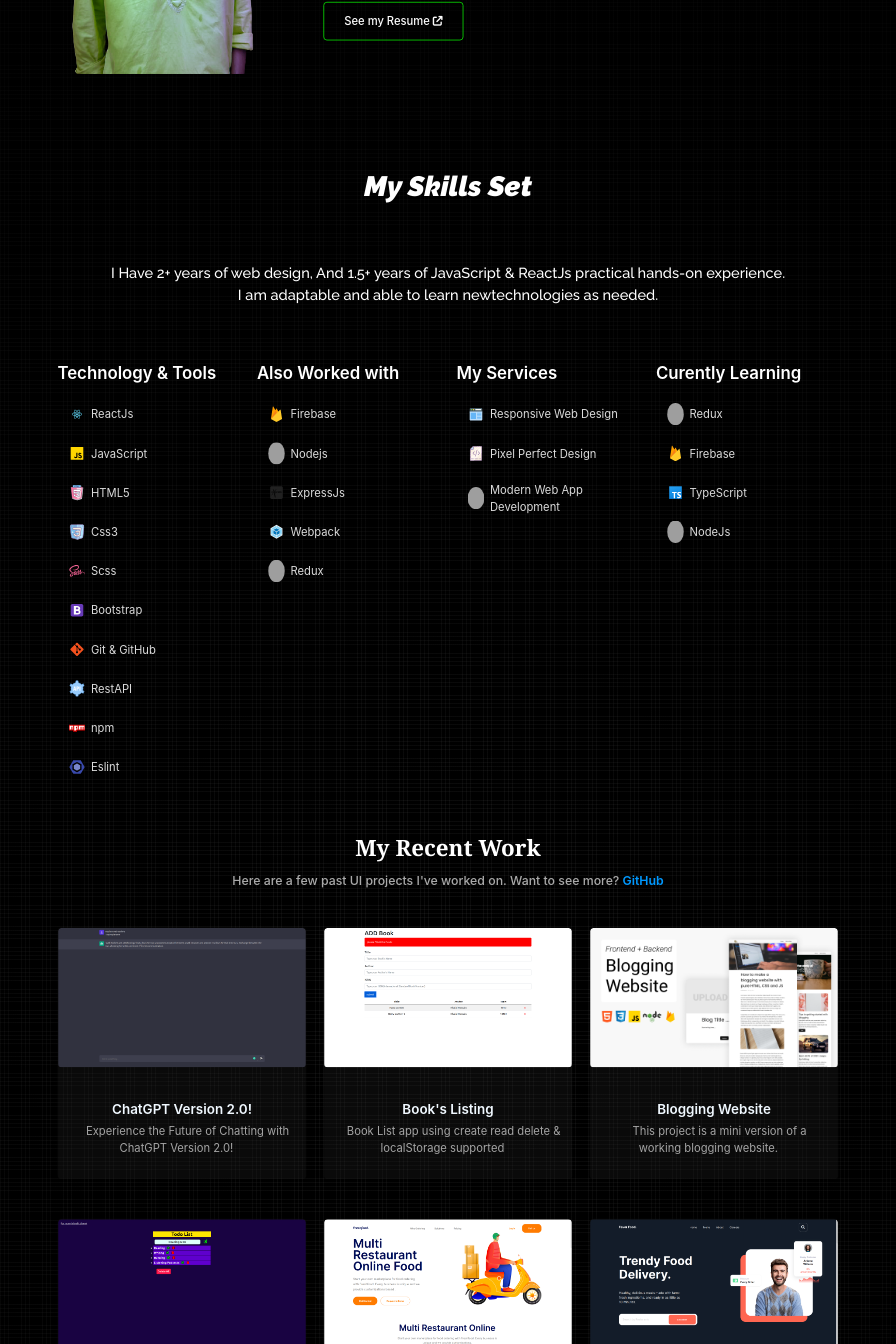
Repository: badhon252/my-portfolio
Page: /
The author's editor kept a copy of each file at every save. The page is drawn from the files as they stood at one save, then again after the next save.
The browser window is 1280 px wide. The pictures show the part of the page from y = 494 to 2414 px (the page is 3726 px tall before and 3736 px after), at 70% of full size.
Pictures or frames that could not be fetched are drawn as grey boxes. Some web fonts or font styles are not loaded; a fallback is used. The project was rebuilt for these pictures with package versions that can differ from the ones it lists, and the page was loaded fresh each time.

Above is the page before, as saved 2023-02-14 17:42:42.

### public/index.html
<!DOCTYPE html>
<html lang="en">

<head>
    <meta charset="utf-8" />
    <meta name="viewport" content="width=device-width, initial-scale=1.0" />
    <meta name="theme-color" content="#000000" />
    <link rel=" stylesheet " href=" https://cdnjs.cloudflare.com/ajax/libs/font-awesome/6.2.1/css/all.min.css ">
    <!-- For google search engines  -->
    <meta name="google-site-verification" content="pFRaVUB3Vqtpp7CYJiHCBl35aQ6s2zmKJ89Zh2XF5rQ" />
    <meta name="description"
        content="I'm Khalid Hossain Badhon, I'm a experienced Frontend Web Application developer with more than 2years of hands on experienced. Front-end engineers, Front-end development, reactjs developer, javascript developer" />
    <!--  Bootstap== -->
    <link rel=" stylesheet " href=" https://cdn.jsdelivr.net/npm/bootstrap@5.3.0-alpha1/dist/css/bootstrap.min.css ">


    <title>Khalid Hossain Badhon | Frontend Developer</title>
</head>

<body>
    <div id="root"></div>

    <script src=" https://cdn.jsdelivr.net/npm/bootstrap@5.3.0-alpha1/dist/js/bootstrap.bundle.min.js "></script>
    <!-- <script src=" https://platform.linkedin.com/badges/js/profile.js " async defer type=" text/javascript "></script> -->

</body>

</html>

### src/index.css
* {
    margin: 0;
    padding: 0;
    box-sizing: border-box;
}

html {
    --scrollbarBG: #2f2f2f;
    --thumbBG: #808080;
}

body {
    margin: 0;
    font-family: -apple-system, BlinkMacSystemFont, 'Segoe UI', 'Roboto', 'Oxygen', 'Ubuntu', 'Cantarell', 'Fira Sans', 'Droid Sans', 'Helvetica Neue', sans-serif;
    -webkit-font-smoothing: antialiased;
    -moz-osx-font-smoothing: grayscale;
    background-color: #000000;
    background-image: radial-gradient(circle at center center, transparent 0%, rgb(0, 0, 0) 99%), repeating-linear-gradient(0deg, rgba(163, 163, 163, 0.07) 0px, rgba(163, 163, 163, 0.07) 1px, transparent 1px, transparent 6px), repeating-linear-gradient(90deg, rgba(163, 163, 163, 0.07) 0px, rgba(163, 163, 163, 0.07) 1px, transparent 1px, transparent 6px), linear-gradient(90deg, rgb(0, 0, 0), rgb(0, 0, 0));
    color: #ffffff;
    scrollbar-width: thin;
    scrollbar-color: var(--thumbBG) var(--scrollbarBG);
}

body::-webkit-scrollbar {
    width: 12px;
}

body::-webkit-scrollbar-track {
    background: var(--scrollbarBG);
}

body::-webkit-scrollbar-thumb {
    background-color: var(--thumbBG);
    border-radius: 6px;
    border: 3px solid var(--scrollbarBG);
}

### src/Components/Home/Home.jsx
import AboutMe from "./AboutMe/AboutMe";
// import Footer from "./Footer/Footer";
import Header from "./Header/Header";
import Projects from "./Project/Projects";
import Skill from "./Skill/Skill";


export default function Home() {
  return (
    <div id="home">
        <Header />
        <Skill/>
        <Projects/>
        <AboutMe/>
        {/* <Footer/> */}

    </div>
  )
}

### src/Components/Home/Header/Header.jsx
import React from 'react'
import HeaderContent from './HeaderContent/HeaderContent'
import Navbar from './Navbar/Navbar'
import Classes from './Header.module.css'

export default function Header() {
  return (
    <header className={Classes.header}>
      <Navbar/>
      <HeaderContent/>
    </header>
  )
}

### src/Components/Home/Skill/Skill.jsx
import "./Skill.css"
import SkillSet from "./SkillSet";
const SkillEfficiency = () => {
    return (
       <section id="skill" className="container">
        <div className="d-flex justify-content-center">
                <h2 className="skillSet__title"> My Skills Set </h2>
        </div>
                <div className="skillSet__title__line">
                    <div className="skillSet__title__line__inner">
                        I Have 2+ years of web design, And 1.5+ years of JavaScript & ReactJs practical hands-on experience. <br />
                        <span> I am adaptable and able to learn newtechnologies as needed.</span>
                    </div>
                </div>
                  <SkillSet/>
       </section>
    );
}

export default SkillEfficiency;

### src/Components/Home/AboutMe/AboutMe.css
#about {
    padding: 2rem 1rem;
    min-height: 100vh;
}

#about p {
    font-size: 1.2em;
    font-weight: 500;
    margin-bottom: 1rem;
    color: rgba(255, 255, 255, 0.568);
    line-height: 1.3;
    letter-spacing: -1px;
}

#about h1 {
    color: #fcfcfc;
    font-size: 2.5em;
}

#about p:hover {
    color: #fcfcfc;
    cursor: text;
}

.aboutMe_titile::after {
    content: "";
    display: block;
    position: relative;
    top: -13px;
    width: 30vw;
    height: 1px;
    margin-left: 200px;
    background-color: rgba(9, 250, 227, 0.63);
}


/* Hometown ======== */

.homeTown_title {
    font-size: 1.3em;
    font-weight: 600;
    color: aquamarine;
    font-weight: 600;
}


/* .homeTown_title i {
    color: rgb(255, 255, 255);
    font-size: 1.2rem;
    width: 100%;
} */


/* edu ========== */

.crt_title,
.edu_title {
    font-size: 1.3em;
    font-weight: 600;
    color: aquamarine;
}

#about h4 {
    font-size: 1em;
    font-weight: 500;
    color: rgb(206, 255, 239);
    line-height: 1.5;
}

#about h4 span {
    color: rgb(88, 126, 111);
}

#about h4 span:hover {
    color: rgb(255, 255, 255);
}

#about h4 a {
    color: rgb(88, 126, 111);
    text-decoration: none;
}

### src/Components/Home/Header/HeaderContent/HeaderContent.jsx
import Badhon from "../../../../Assests/Images/badhon-color.png";
import HeroSection from './HeroSection'
import Classes from "./Header.module.css";

export default function HeaderContent() {
  return (
      <div className="container" >
        <div className={Classes.headerContainer}>

          <div className="row my-5" >
              <div className="col-md-4">
                <img src={Badhon} alt="Badhon" className="img-fluid w-100 px-2" />
              </div>
              <div className="col-md-8 py-5 d-flex flex-column">
                <HeroSection />
              </div>
          </div>
        </div>
      </div>
  )
}

### src/Components/Home/Header/Navbar/Navbar.jsx
import "./Navs/Navs.css"
import "./Navbar.css"
import Nav from './Navs/Nav/Nav'
// import NavbarBrand from './NavbarBrand/NavbarBrand'
// import LinkedIn from './Navs/LinkedIn/LinkedIn'
// import GitHub from './Navs/GitHub/Github'

export default function Navbar() {
  return (
    <div className='navBar borderBottom'>
            <Nav/>
         {/* <div className='navBar'>
            <LinkedIn/>
            <GitHub/>
         </div> */}
    </div>
  )
}

### src/Components/Home/Header/Header.module.css
.header {
    color: aliceblue;
    padding: 0 1rem;
}

### src/Components/Home/Project/ProjectCard.jsx
import CardImgLink from "./Card_img__link"
import "./Projects.css"

export default function ProjectCard(props) {

  function stacks(){
    return props.stack.map((item, index) => {
      return <span className="stack" key={index}>#{item}</span>
    })
  }

  return (
    <div className="card my-1" id="card">
          <div className="card-img">
            <a href={props.preview} >
              <img src={props.img} className="card-img-top img-fluid" alt={props.title}/>
              <CardImgLink preview={props.preview} link={props.link}/>
            </a>
          </div>
        <div className="card-body">
          <div className="stacks">
             {stacks()}
          </div>

            <h5 className="card-title my-2">{props.title}</h5>
            <span className="card-text py-5 px-3">{props.text}</span>

        </div>
    </div>
  )
}

### src/Components/Home/Project/Projects.css
#card {
    background-color: #2c2d2c3a;
    /* width: 18rem */
    overflow: hidden;
    color: aliceblue;
    position: relative;
    text-align: center;
    transition: .5s;
}

#card:hover {
    /* width: 18rem */
    overflow: hidden;
    text-align: center;
    box-shadow: 5px 5px 50px rgba(53, 255, 3, 0.193);
    transform: translateY(-25px);
}

#card:hover span {
    color: aliceblue;
}

.card-img {
    overflow: hidden;
}

.img-fluid {
    border-radius: 0%;
    width: 100%;
    height: 100%;
    object-fit: cover;
    object-position: center;
    transition: 0.5s;
}

#card:hover .card-img-top {
    border-radius: 0;
    transform: scale(1.1);
}


/* Path: src/Components/Home/Project/Projects.css */

.project__title {
    color: rgba(255, 255, 255, 0.664);
    text-align: center;
}

.project__title h2 {
    font-size: 2rem;
    font-weight: 700;
    margin-bottom: 1rem;
    color: #fff;
    font-family: Georgia, 'Times New Roman', Times, serif;
}

.project__title__line {
    font-weight: 500;
    font-size: 1.1rem;
}

.project__title__line a {
    color: #0099ff;
    text-decoration: none;
    font-weight: 600;
}

.project__title__line a:hover {
    color: #1da5ff;
    text-decoration: underline;
}

.card_img__link {
    align-items: center;
    background-color: rgba(0, 0, 0, 0.332);
    border-radius: 5px;
    display: flex;
    justify-content: flex-end;
    position: absolute;
    right: 0;
    top: 0;
    bottom: 0;
    left: 0;
    transition: .5s;
    opacity: 0;
}

#card:hover .card_img__link {
    opacity: 1;
}

.card_img__link a {
    color: #dbdbdb;
    text-decoration: none;
    font-weight: 700;
    margin: 0 .5rem;
}

.card_img__link a:hover {
    color: #eae8ff;
    text-decoration: none;
    font-weight: 700;
}

.card_img__link i {
    color: #fff;
}

.card_img__link i:hover {
    color: rgb(0, 157, 255);
}


/* .githubIcon {
    right: 5px;
}

.redirect {
    max-width: 40px;
    margin-top: 6px;
    color: #0099ff;
} */

.card-body {
    z-index: 111;
    padding-bottom: 2rem;
}

.card-body h5 {
    font-size: 1.2rem;
    font-weight: 600;
    margin: 0;
}

.card-body .stacks {
    margin: 0;
    opacity: 0;
    transition: 0.5s;
}

#card:hover .stacks {
    opacity: 1;
}

.card-body .stack {
    display: inline;
    font-size: .8rem;
    font-weight: 600;
    color: #ffffff;
    background-color: rgb(73, 73, 73);
    margin: .1rem;
    border-radius: 5px;
    text-align: left;
}

.card-text {
    color: #dbdbdbbb;
}

.card-text:hover {
    color: #eae8ff;
}

### src/Components/Home/Skill/Skill.css
@import url('https://fonts.googleapis.com/css2?family=Raleway:ital,wght@0,300;0,400;0,500;0,600;0,700;0,800;0,900;1,500;1,600;1,900&display=swap');

/* .skills {
    margin: 4rem 0 2rem 0;
    display: flex;
    justify-content: space-around;
    flex-wrap: wrap;
    gap: 2rem;
    height: 80vh;
    overflow: hidden;
} */

.skillSet__title__text {
    font-size: 1.5rem;
    font-weight: 600;
    margin-bottom: 1rem;
}

.skillSet li {
    list-style-type: none;
    margin: 0.5rem 1rem;
    color: #ffffffda;
    transition: .4s;
    display: flex;
    align-items: center;
    padding: .5rem 0;
}

.skillSet li img {
    width: 1.5rem;
    margin-right: 0.5rem;
}

.skillSet:hover li {
    color: #ffffff;
    transform: translateY(-5px);
}

.skillSet:hover li img {
    transform: scale(1.2);
}


/* .skillSet:hover {
    background: linear-gradient(90deg, rgba(9, 255, 5, 0.5) 0%, rgba(255, 0, 0, 0.5) 100%);
    box-shadow: 0 0 10px 0 rgba(255, 255, 255, 0.5);
} */

.skillSet__title {
    padding: 1rem 0;
    font-family: 'Raleway', sans-serif;
    font-weight: 900;
    font-style: italic;
    font-size: 2.5em;
}

.skillSet__title::after {
    content: "";
    display: block;
    width: 100%;
    height: 2px;
    margin: 1rem 0;
    transition: all .5s cubic-bezier(0.075, 0.82, 0.165, 1);
}

.skillSet__title:hover::after {
    background: linear-gradient(90deg, rgb(5, 255, 1) 20%, rgb(255, 14, 118) 100%);
}

.skillSet__title__line {
    font-size: 1.3rem;
    font-weight: 800;
    color: rgba(255, 255, 255, 0.63);
    text-align: center;
    margin: 1rem 0;
}

.skillSet__title__line__inner {
    font-family: 'Raleway', sans-serif;
    margin: 1.3em 0 3em 0;
    font-size: 1.3rem;
    font-weight: 500;
    line-height: 1.5;
    color: #ffffff;
}

.skillSet {
    margin: 1rem 0;
}


/* Generated code  */


/* .wave-container {
    height: 40vh;
    background-color: #000000;
    position: relative;
}

.wave-container::before {
    content: "";
    width: 100%;
    height: 135px;
    position: absolute;
    bottom: -0.3%;
    left: 0;
    background-size: auto;
    background-repeat: repeat no-repeat;
    background-position: 54vw bottom;
    background-image: url("data:[embedded picture, 356 characters]");
}

@media(max-width:850px) {
    .wave-container::before {
        height: 67.5px
    }
} */

### src/Components/Home/Header/HeaderContent/HeroSection.jsx
import Classes from "./Header.module.css";
// import Name from "./Name";

export default function HeroSection() {
  return (
    <div className={Classes.heroSection}>
          <h2 className={Classes.h2}>Hi, I'm</h2>
          <h1 className={Classes.myName}>
            <span>
              Khalid Hossain.
            </span>
          </h1>
          {/* <Name/> */}
          <div className={Classes.bio}>
            I’m a <span>Frontend Developer with a constant desire to grow, learn, and explore the world!</span> Passionate about crafting intuitive and engaging user experiences,
            I am always looking for new challenges and opportunities to grow as an engineer.
          </div>

          <a className={Classes.resume} href="https://drive.google.com/file/d/1dNWfd7X8CYs_9THDZo58HHKVKzD8WfeY/view?usp=share_link" target="_blank" rel="noreferrer">
              See my Resume <i className="fa-solid fa-arrow-up-right-from-square"></i>
          </a>

    </div>
  );
}

### src/Components/Home/Header/HeaderContent/Header.module.css
@import url('https://fonts.googleapis.com/css2?family=Unbounded:wght@400;500;600;700;800;900&display=swap');
.headerContainer {
    min-height: 100vh;
    width: 100%;
    display: flex;
    justify-content: center;
    align-items: center;
    flex-direction: column;
    position: relative;
    overflow: hidden;
}

.heroImage {
    max-width: 100%;
    object-fit: cover;
    height: auto;
    box-sizing: border-box;
    overflow: hidden;
    /* border-radius: 30% 70% 64% 36% / 44% 42% 58% 56%; */
}

.myName {
    text-transform: uppercase;
    letter-spacing: 0.5em;
    display: inline-block;
    margin: 0 0 1rem 0;
}

.myName span {
    font: 700 1.5em/1 "Unbounded", sans-serif;
    letter-spacing: 0;
    padding: 0.25em 0 0.325em;
    text-shadow: 0 0 80px rgba(255, 255, 255, 0.5);
    /* Clip Background Image */
    background: url(https://i.ibb.co/RDTnNrT/animated-text-fill.png) repeat-y;
    -webkit-background-clip: text;
    background-clip: text;
    /* Animate Background Image */
    -webkit-text-fill-color: transparent;
    -webkit-animation: aitf 80s linear infinite;
    /* Activate hardware acceleration for smoother animations */
    -webkit-transform: translate3d(0, 0, 0);
    -webkit-backface-visibility: hidden;
}


/* Animate Background Image */

@keyframes aitf {
    0% {
        background-position: 0% 50%;
    }
    100% {
        background-position: 100% 50%;
    }
}

.heroSection:hover .myName {
    text-shadow: 0 0 12px #24fbdd;
}

.h2 {
    font-size: 1.5em;
    font-family: 'Unbounded', cursive;
    margin: 1rem 0;
    line-height: 1;
    color: #ff006f;
    font-weight: 600;
}


/* #about p:hover h2 {
    text-shadow: 0 0 12px #24fbdd;
} */

.bio {
    font-size: 1.3em;
    color: rgba(255, 255, 255, 0.653);
    line-height: 1.4;
    font-family: 'Titillium Web', sans-serif;
    font-weight: 600;
    margin: 2rem 0;
}

*::selection {
    background-color: #f2ff00;
    color: #000000;
}

.bio span {
    font-style: italic;
    color: #fcfcfc;
}


/* bio text animations  */

.center {
    width: 100%;
    height: 100vh;
    display: flex;
    justify-content: center;
    align-items: center;
}

.char {
    font-size: 40px;
    height: 40px;
    animation: an 1s ease-out 1 both;
    display: inline-block;
}

@keyframes an {
    from {
        opacity: 0;
        transform: perspective(500px) translate3d(-35px, -40px, -150px) rotate3d(1, -1, 0, 35deg);
    }
    to {
        opacity: 1;
        transform: perspective(500px) translate3d(0, 0, 0);
    }
}

.mylink {
    position: absolute;
    z-index: 150;
    bottom: 0;
    right: 0;
    width: 100%;
    text-align: right;
    padding: .6rem;
}


/*! resume  */

.resume {
    padding: .9rem 1.8rem;
    border: 1px solid #09ff01;
    font-size: 1rem;
    font-weight: 500;
    margin-top: 1rem;
    outline: none;
    border-radius: 5px;
    background: none;
    color: #fcfcfc;
    transition: .5s;
    cursor: pointer;
    text-decoration: none;
    display: inline-block;
}

.resume:hover {
    color: rgb(7, 7, 7);
    background-color: rgb(0, 255, 21);
}

.resume:active {
    transform: scale(0.95);
}

### src/Components/Home/Header/Navbar/Navs/Navs.css
.flexRow {
    display: flex;
    justify-content: space-between;
    align-items: center;
    flex-wrap: wrap;
    gap: 2rem;
}

.me_1 {
    margin-right: 1rem;
}

img {
    width: 2rem;
    height: 2rem;
    border-radius: 50%;
}

.navbar-brand {
    /* background: #FFFF00;
    background: linear-gradient(to left, #FFFF00 0%, #05C1FF 50%, #FFFF00 100%);
    -webkit-background-clip: text;
    -webkit-text-fill-color: transparent; */
    color: aqua;
    font-size: 1.5rem;
    font-weight: 600;
    text-decoration: none;
    font-family: "Poppins", sans-serif;
}

### src/Components/Home/Header/Navbar/Navbar.css
.boxShadow {
    -webkit-box-shadow: 0px 22px 40px -37px rgba(255, 255, 255, 1);
    -moz-box-shadow: 0px 22px 40px -37px rgba(255, 255, 255, 1);
    box-shadow: 0px 22px 40px -37px rgba(255, 255, 255, 1);
}

.borderBottom {
    border-bottom: 1px solid #f6f6f612;
}

### src/Components/Home/Header/Navbar/Navs/Nav/Nav.jsx
import logo from "../../../../../../Assests/icons/logo.svg"
import SocialIcons from "../../../../Icons/SocialIcons"
import "./../Navs.css"
import "./Nav.css"

export default function Nav() {

  return (
    <nav className="navbar navbar-expand-lg">
      <div className="container-fluid">
        <a className="navbar-brand" href="#home">
          <img className="img-fluid" src={logo} alt="@badhon252" />
        </a>
        <button className="navbar-toggler" type="button" data-bs-toggle="collapse" data-bs-target="#navbarNav" aria-controls="navbarNav" aria-expanded="false" aria-label="Toggle navigation">
          <i className="fa-solid fa-bars"></i>
        </button>
        <div className="collapse navbar-collapse" id="navbarNav">
          <ul className="navbar-nav mx-auto">
            <li className="nav-item">
              <a className="nav-link" aria-current="page" href="#home"><i className="fa-solid fa-house"></i> Home</a>
            </li>
            <li className="nav-item">
              <a className="nav-link" href="#skill"><i className="fa-solid fa-code"></i> Expertise</a>
            </li>
            <li className="nav-item">
              <a className="nav-link" href="#projects"><i className="fa-solid fa-briefcase"></i> Projects</a>
            </li>
            <li className="nav-item">
                <a className="nav-link" href="#about"><i className="fa-solid fa-address-card"></i> About</a>
            </li>
            <li className="nav-item">
                <a className="nav-link" href="#contact"><i className="fa-solid fa-address-book"></i> Contact</a>
            </li>
          </ul>
          <div className="d-flex">
        <SocialIcons />
          </div>
        </div>
      </div>
    </nav>
  )
}

### src/Components/Home/Project/Card_img__link.jsx
// import githubIcon from "../../../Assests/icons/github.png"
// import redirect from "../../../Assests/icons/redirect.svg"
import "./Projects.css"
export default function Card_img__link(props) {

  return (
     <div className="card_img__link">
              <a href={props.link} target="_blank" rel="noreferrer" >
               <i className="fa-brands fa-github-alt"></i>
              </a>
              <a href={props.preview} target="_blank" rel="noreferrer" >
                  <i className="fa-solid fa-arrow-up-right-from-square redirect"></i>
              </a>

    </div>
  )
}

### src/Components/Home/Icons/SocialIcons.jsx
import "./SocialIcons.css"
import gmailIcon from "../../../Assests/icons/gmail.svg"

export default function SocialIcons() {
  return (
    <div className='icons'>
      <a href="mailto:dev.khalidhossain@gmail.com" target="_blank" rel="noreferrer">
         <img src={gmailIcon} alt="gmail" className="img-fluid" />
      </a>
      <a href="https://www.linkedin.com/in/khalidhossainbadhon/" target="_blank" rel="noreferrer">
         <i class="fa-brands fa-linkedin"></i>
      </a>
      <a href="https://github.com/badhon252" target="_blank" rel="noreferrer">
         <i class="fa-brands fa-github"></i>
      </a>
    </div>
  )
}

### src/Components/Home/Header/Navbar/Navs/Nav/Nav.css
.navBar {
    flex-wrap: wrap;
    position: fixed;
    top: 0;
    right: 0;
    left: 0;
    background-color: #000000dc;
    z-index: 1111111;
    text-align: center;
    box-sizing: border-box;
}

.navbar.navbar-expand-lg {
    padding: 0;
}

.navbar-nav {
    list-style-type: none;
    display: flex;
    justify-content: space-between;
}

.navbar-nav li a {
    text-decoration: none;
    color: rgba(255, 255, 255, 0.703);
    font-size: 1.1em;
    font-weight: 600;
    transition: all 0.3s ease-in-out;
    margin: 0 1rem;
}

.navbar-nav li a:hover {
    color: #ffffff;
}

.navbar-nav li a.active {
    color: #ff00fb;
}

.navbar-nav li a.active:hover {
    color: #f1f1f1;
}

.fa-brands,
.fab {
    font-weight: 400;
    font-size: 1.5rem;
    color: #fff;
}

.fa-bars {
    color: #fff;
}

.navbar-brand .img-fluid {
    max-width: 60px;
    max-height: 60px;
}

.navbar-brand:hover img {
    transform: scale(1.1);
}

.navbar-nav .nav-item .nav-link::after {
    content: "";
    display: block;
    height: 2px;
    width: 1.1em;
    background: #ff0672fc;
    transition: all 0.6s cubic-bezier(0.18, 0.89, 0.32, 1.28);
}

.navbar-nav .nav-item .nav-link:hover::after {
    width: 100%;
}

### src/Components/Home/Icons/SocialIcons.css
.icons {
    display: flex;
    align-items: center;
    box-sizing: border-box;
}

.icons a {
    max-height: 2.5rem;
    max-width: 2.5rem;
    padding: 8px;
    border-radius: 50%;
}

.icons a:hover {
    background-color: rgba(85, 85, 85, 0.402);
}

.icons a:nth-child(2) {
    margin: .5rem;
}

.fa-linkedin {
    color: #5dd4ff!important;
}

Loaded but not shown: src/index.js (common file); src/reportWebVitals.js (common file); src/App.js (11 lines, source omitted); src/Components/Home/Project/Projects.jsx (84 lines, source omitted); src/Components/Home/Skill/SkillSet.jsx (66 lines, source omitted); src/Components/Home/AboutMe/AboutMe.jsx (62 lines, source omitted)

After the next save:
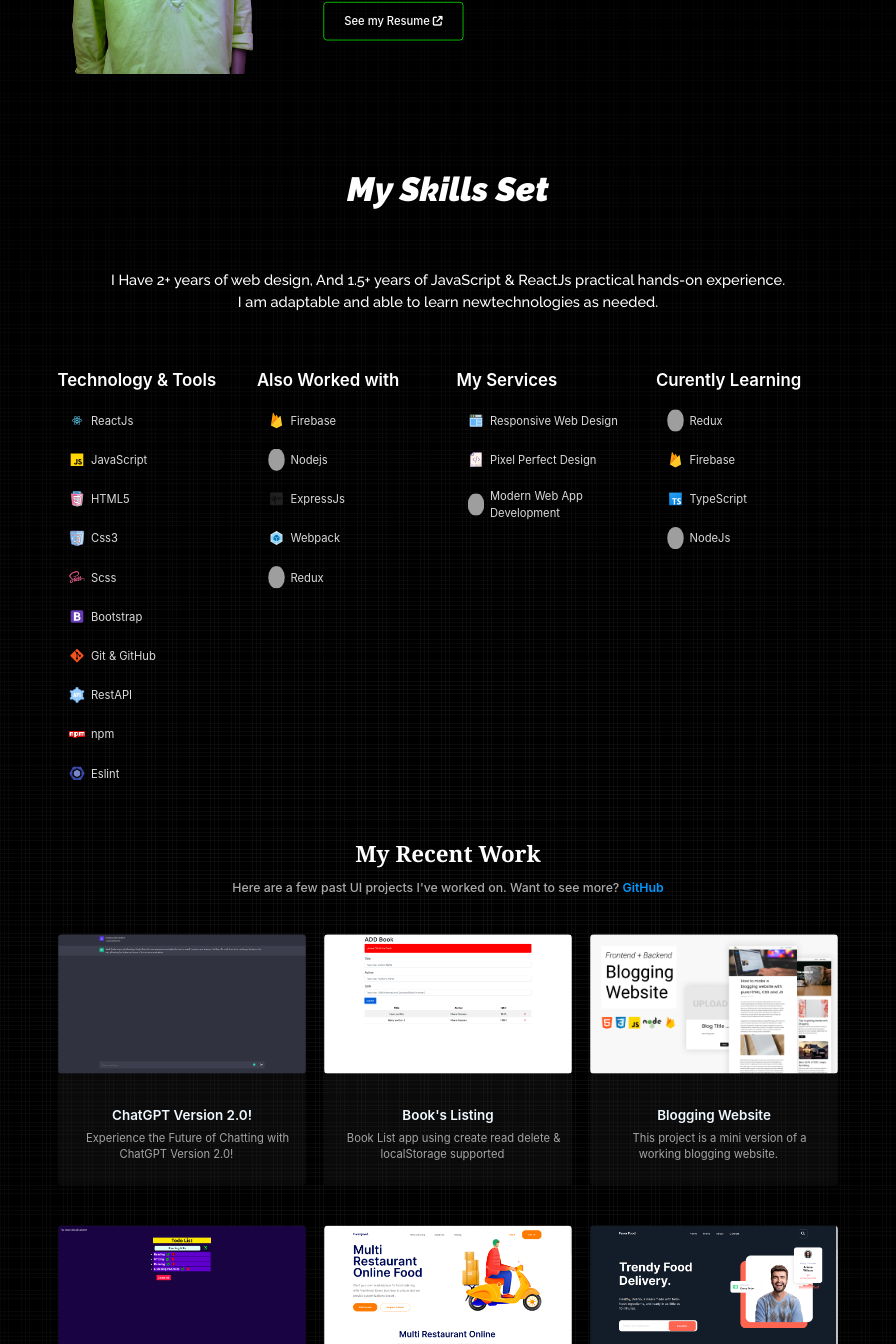
Saved 9 s later.
--- a/src/Components/Home/Skill/Skill.css
+++ b/src/Components/Home/Skill/Skill.css
@@ -51,7 +51,7 @@
     font-family: 'Raleway', sans-serif;
     font-weight: 900;
     font-style: italic;
-    font-size: 2.5em;
+    font-size: 3em;
 }
 
 .skillSet__title::after {
